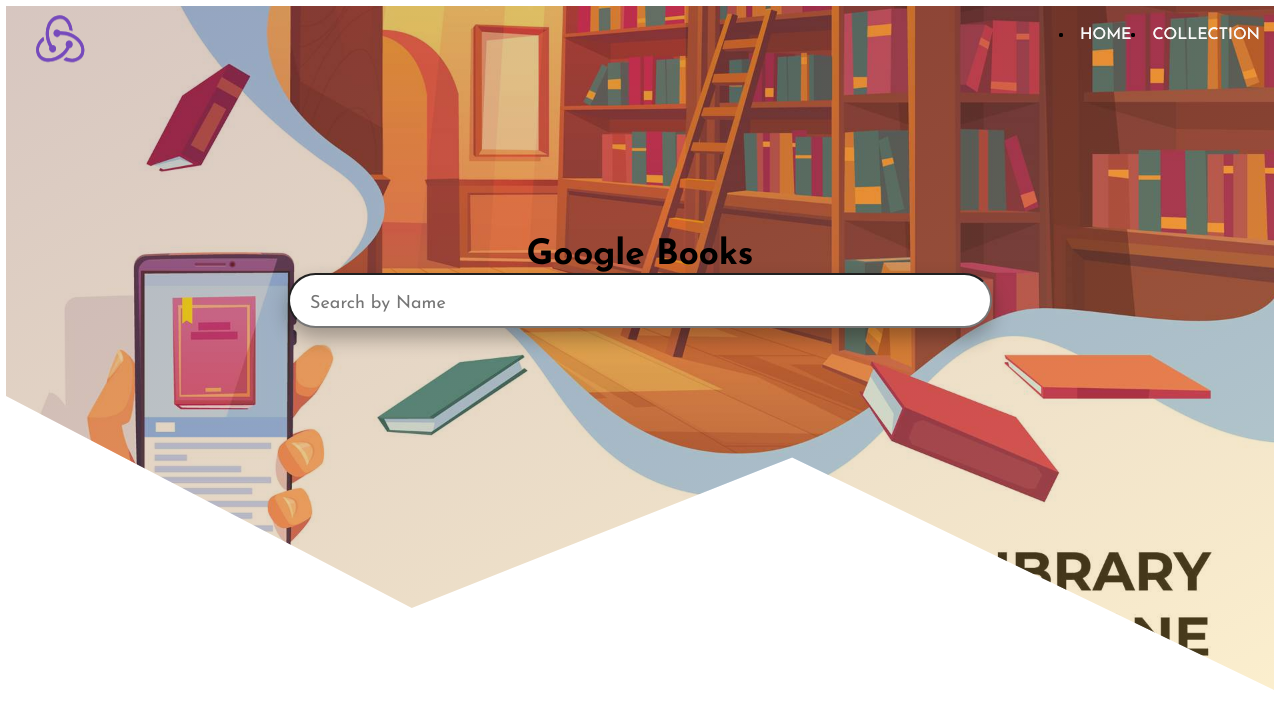
Repository: Kol124/react-book-library
Page: /
An editor plug-in stored every save of this project. The page is shown before and after the next save, followed by the edit.
The browser window is 1280 px wide. The pictures show the whole page.
The project was rebuilt for these pictures with package versions that can differ from the ones it lists, and the page was loaded fresh each time.

Above is the page before, as saved 2021-07-13 18:46:54.

After the next save:
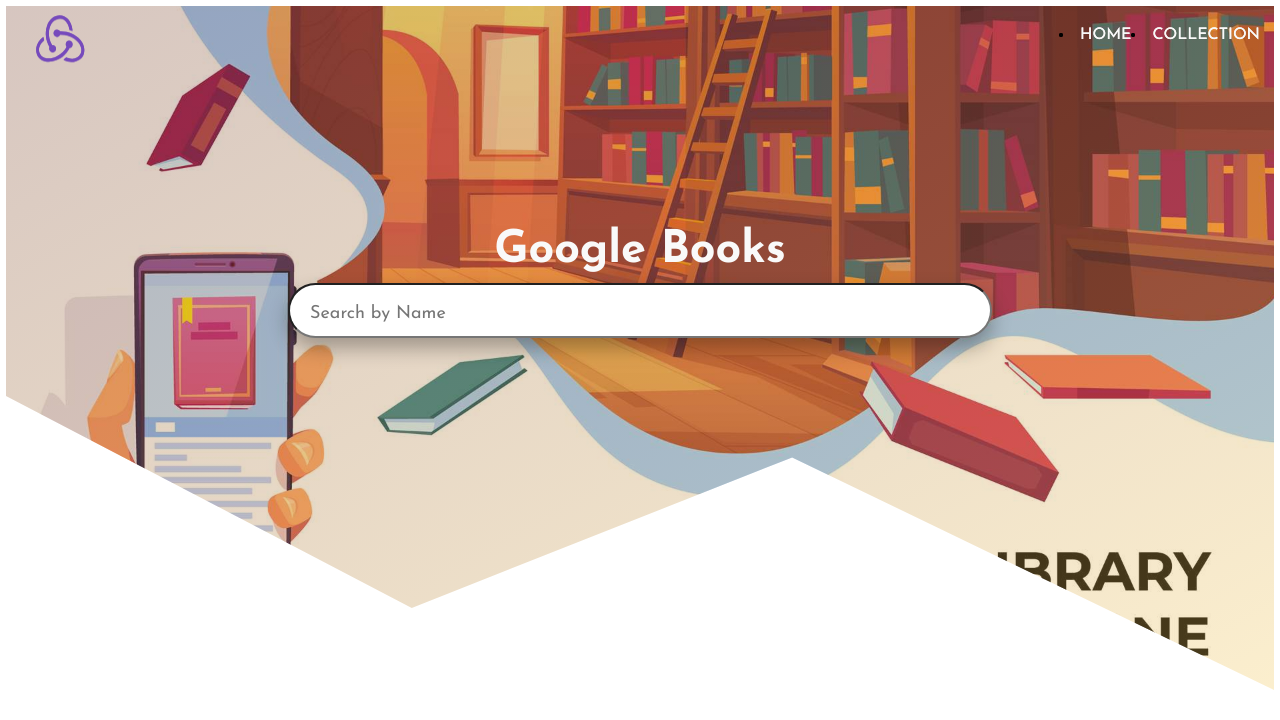
Saved 67 s later.
--- a/src/components/Home.js
+++ b/src/components/Home.js
@@ -15,17 +15,19 @@
 }
 
 const HeroContent = styled.div`
-  transform: translate(-50%, -50%);
   position: absolute;
+  width: 55%;
   top: 40%;
   left: 50%;
-  width: 55%;
   margin: 0 auto;
+  transform: translate(-50%, -50%);
 `;
 
 const Heading = styled.h1`
   text-align: center;
-  font-size: 3.5rem;
+  font-size: 4.5rem;
+  color: #f9f9f9;
+  margin-bottom: 1rem;
 `;
 
 const Grid = styled.main`
